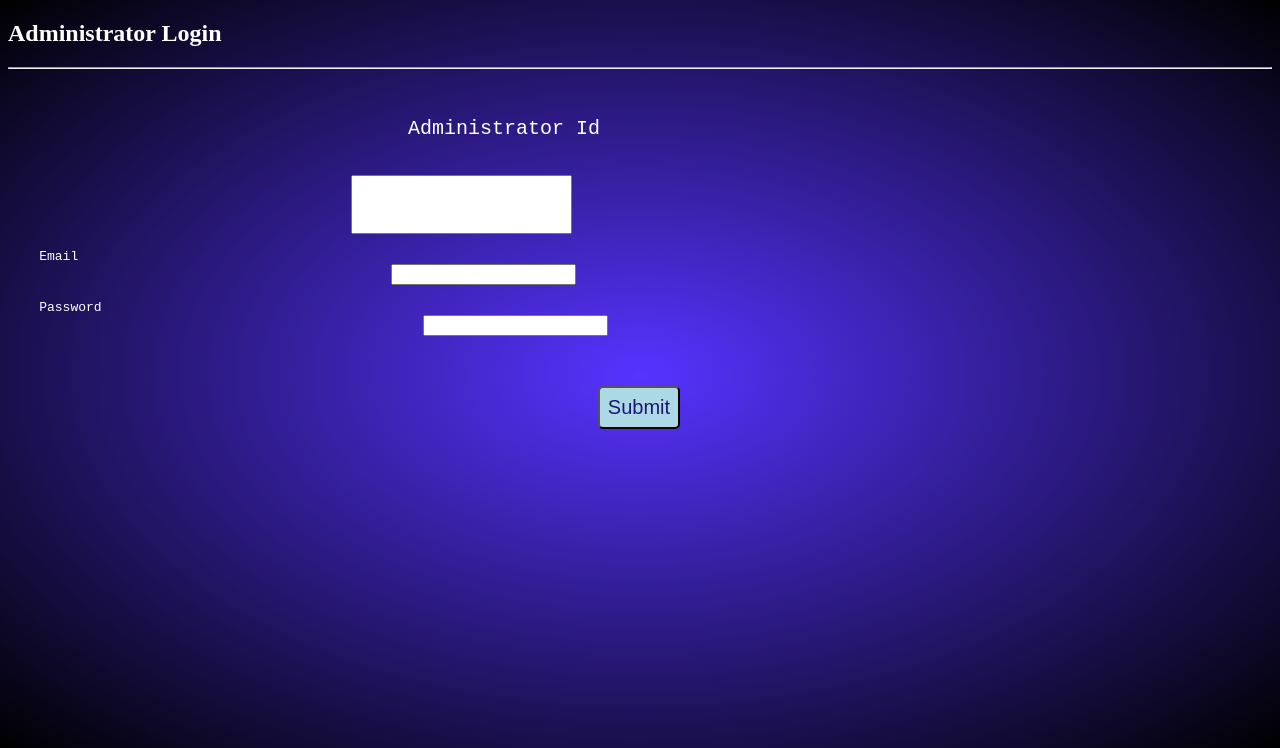
Repository: ShreyasG27/Amdocs-Training
Page: http://localhost/elearning-frontend/loginadmin.jsp
The author's editor kept a copy of each file at every save. The page is drawn from the files as they stood at one save, then again after the next save.
The browser window is 1280 px wide. The pictures show the whole page.
The page is served by Tomcat 9. Nobody is signed in. The application's start-up code is not run.

Above is the page before, as saved 2021-08-22 13:13:31.

After the next save:
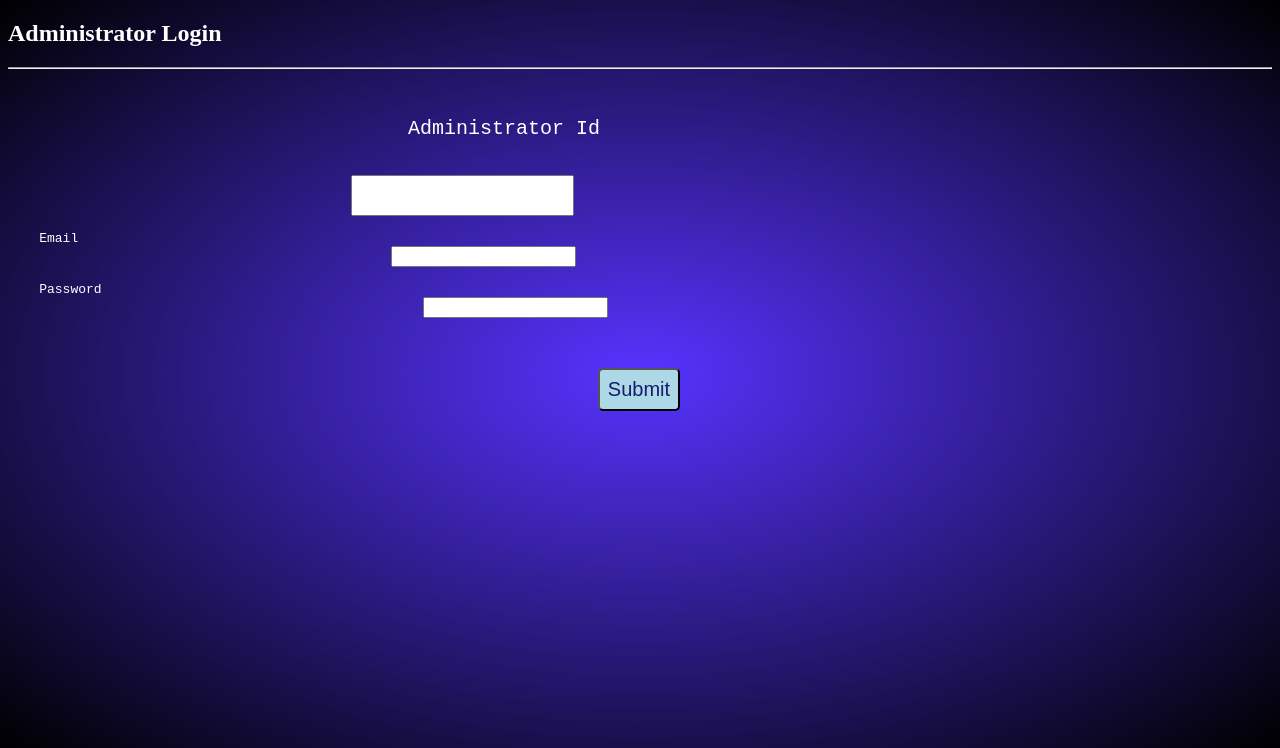
Saved 24 s later.
--- a/elearning-frontend/WebContent/loginadmin.jsp
+++ b/elearning-frontend/WebContent/loginadmin.jsp
@@ -31,8 +31,9 @@ body{
 }
 .inputfld{
 	margin-left: 335px;
-	padding: 20px;
-	broder-radius:5px;
+	padding: 10px;
+	broder-radius:10px;
+	font-size:15px;
 }
 .inputfld1{
 	margin-left: 383px;
